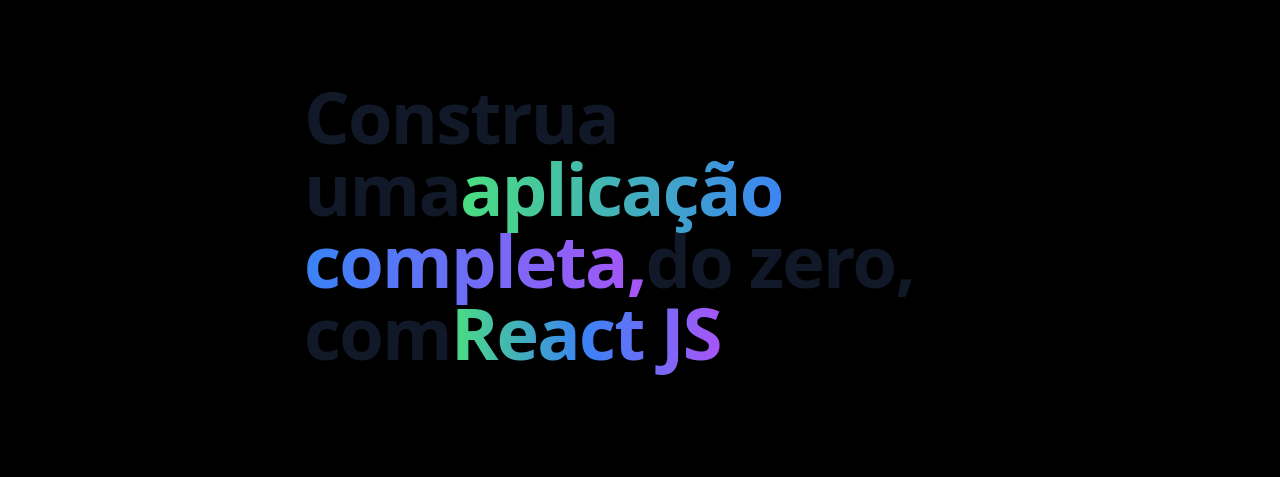
Repository: LuisSempre/Ignite-Lab---ReactJs-2022
Page: /
The author's editor kept a copy of each file at every save. The page is drawn from the files as they stood at one save, then again after the next save.
The browser window is 1280 px wide. The pictures show the whole page.
The project was rebuilt for these pictures with package versions that can differ from the ones it lists, and the page was loaded fresh each time. Also part of the build but not shown: vite.config.ts, components/Header.tsx, components/Lesson.tsx, components/Sidebar.tsx, pages/Event.tsx. Imported but missing from the stored project, and not drawn on this page: components/Video.

Above is the page before, as saved 2022-06-24 23:15:46.

After the next save:
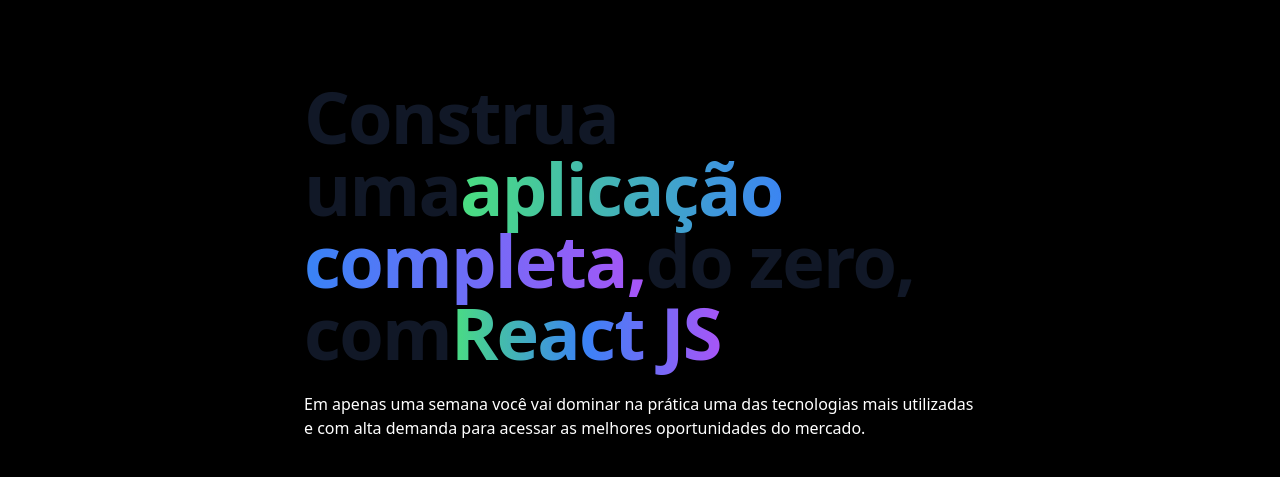
Saved 16 min 49 s later.
--- a/pages/Subscribe.tsx
+++ b/pages/Subscribe.tsx
@@ -14,6 +14,9 @@
                             React JS
                         </span>
                     </h1>
+                    <p>
+                    Em apenas uma semana você vai dominar na prática uma das tecnologias mais utilizadas e com alta demanda para acessar as melhores oportunidades do mercado.
+                    </p>
                 </div>
             </div>
         </div>
